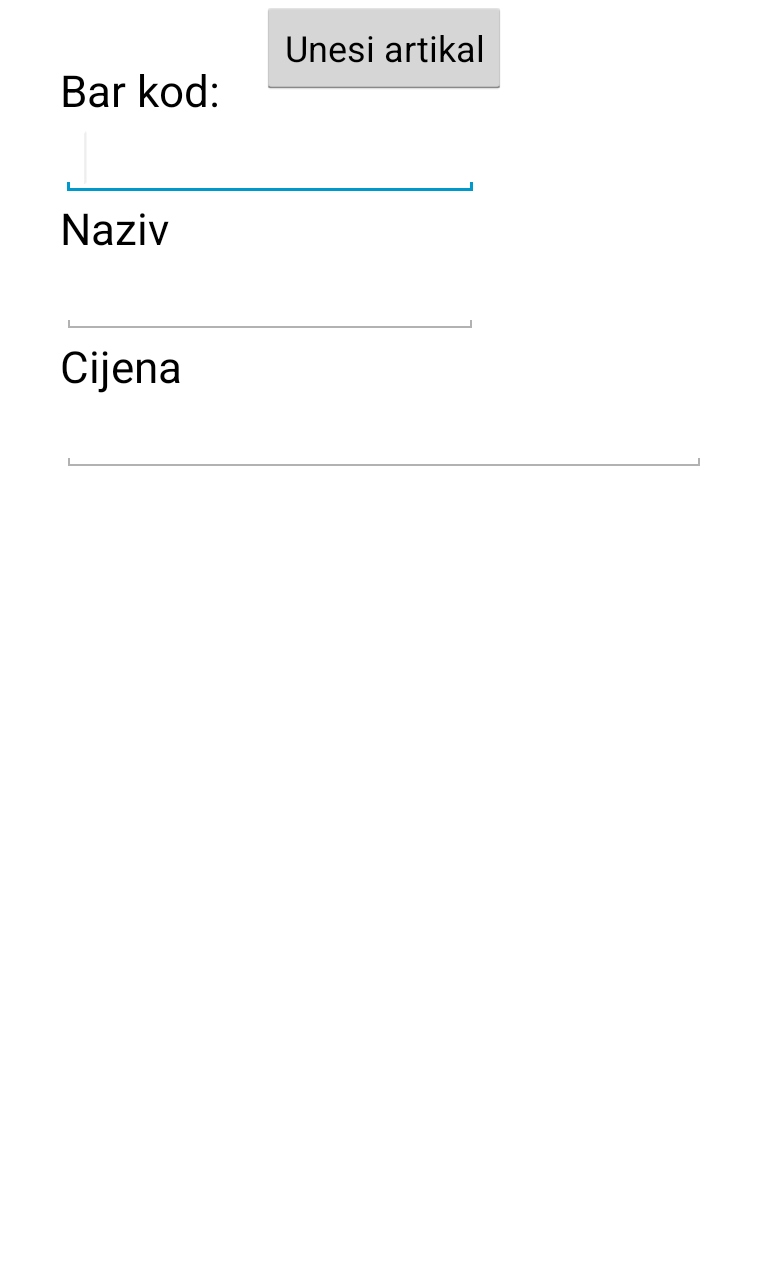
Repository: dzenisahusic/AndroidApp
Layout: Edit2014Sales/res/layout/fragment_unosartikla.xml
These files come from the project's save history. The layout is drawn as it stood at one moment and after the next save; the edit follows.
It is drawn on a 768 x 1280 px phone screen (xhdpi) without system bars, with theme AppTheme; the app's code is not run.

Above is the layout before, as saved 2014-07-15 17:26:02.

### Edit2014Sales/res/layout/fragment_unosartikla.xml
<RelativeLayout xmlns:android="http://schemas.android.com/apk/res/android"
    xmlns:tools="http://schemas.android.com/tools"
    android:layout_width="match_parent"
    android:layout_height="match_parent"
    tools:context="${relativePackage}.${activityClass}"
    >

    <LinearLayout
        android:id="@+id/linearLayout2"
        android:layout_width="fill_parent"
        android:layout_height="wrap_content"
        android:layout_alignParentLeft="true"
        android:layout_alignParentTop="true"
        android:orientation="vertical"
        android:layout_marginTop="30dip"
        android:layout_marginRight="30dip"
        android:layout_marginLeft="30dip">

        <TextView
            android:id="@+id/textView1"
            android:layout_width="wrap_content"
            android:layout_height="wrap_content"
            android:text="Bar kod:"
            android:textAppearance="?android:attr/textAppearanceLarge" />

        <EditText
            android:id="@+id/tBarkod"
            android:layout_width="wrap_content"
            android:layout_height="wrap_content"
            android:layout_weight="1"
            android:ems="10" >

            <requestFocus />
        </EditText>
    </LinearLayout>

    <LinearLayout
        android:id="@+id/linearLayout1"
        android:layout_width="fill_parent"
        android:layout_height="wrap_content"
        android:layout_alignParentLeft="true"
        android:layout_below="@+id/linearLayout2"
        android:layout_marginLeft="30dip"
        android:layout_marginRight="30dip"
        android:orientation="vertical" >

        <TextView
            android:id="@+id/textView3"
            android:layout_width="wrap_content"
            android:layout_height="wrap_content"
            android:text="Naziv"
            android:textAppearance="?android:attr/textAppearanceLarge" />

        <EditText
            android:id="@+id/tCijena"
            android:layout_width="wrap_content"
            android:layout_height="wrap_content"
            android:layout_weight="1"
            android:ems="10" />
    </LinearLayout>

    <LinearLayout
        android:id="@+id/linearLayout3"
        android:layout_width="fill_parent"
        android:layout_height="wrap_content"
        android:layout_alignParentLeft="true"
        android:layout_below="@+id/linearLayout1"
        android:orientation="vertical"
        android:layout_marginRight="30dip"
        android:layout_marginLeft="30dip" >

        <TextView
            android:id="@+id/textView2"
            android:layout_width="wrap_content"
            android:layout_height="wrap_content"
            android:text="Cijena"
            android:textAppearance="?android:attr/textAppearanceLarge" />

        <EditText
            android:id="@+id/tNaziv"
            android:layout_width="fill_parent"
            android:layout_height="wrap_content"
            android:layout_weight="1"
            android:ems="10" />
    </LinearLayout>

    <Button
        android:id="@+id/bDodaj"
        android:layout_width="wrap_content"
        android:layout_height="wrap_content"
        android:layout_centerHorizontal="true"
        android:text="Unesi artikal" />

</RelativeLayout>

### Edit2014Sales/res/values/styles.xml
<resources>

    <!--
        Base application theme, dependent on API level. This theme is replaced
        by AppBaseTheme from res/values-vXX/styles.xml on newer devices.
    -->
    <style name="AppBaseTheme" parent="android:Theme.Light">
        <!--
            Theme customizations available in newer API levels can go in
            res/values-vXX/styles.xml, while customizations related to
            backward-compatibility can go here.
        -->
    </style>

    <!-- Application theme. -->
    <style name="AppTheme" parent="AppBaseTheme">
        <!-- All customizations that are NOT specific to a particular API-level can go here. -->
    </style>
 <style name="Animations" />

    <style name="Animations.PopDownMenu" />

    <style name="Animations.PopDownMenu.Left">
        <item name="@android:windowEnterAnimation">@anim/grow_from_topleft_to_bottomright</item>
        <item name="@android:windowExitAnimation">@anim/shrink_from_bottomright_to_topleft</item>
    </style>


    <style name="Animations.PopUpMenu" />

    <style name="Animations.PopUpMenu.Left">
        <item name="@android:windowEnterAnimation">@anim/grow_from_bottomleft_to_topright</item>
        <item name="@android:windowExitAnimation">@anim/shrink_from_topright_to_bottomleft</item>
    </style>
</resources>

### Edit2014Sales/res/drawable-hdpi/rounded_corner_top.xml
<?xml version="1.0" encoding="UTF-8"?>

  <shape xmlns:android="http://schemas.android.com/apk/res/android" android:shape="rectangle">
  <corners android:radius="20dp"/>
  <solid android:color="#CCCCCC"/>
  <stroke
        android:width="3dp"
        android:color="#800000" >
    </stroke>
</shape>

Loaded but not shown: Edit2014Sales/res/values-v11/styles.xml (common file); Edit2014Sales/res/values-v14/styles.xml (common file)

After the next save:
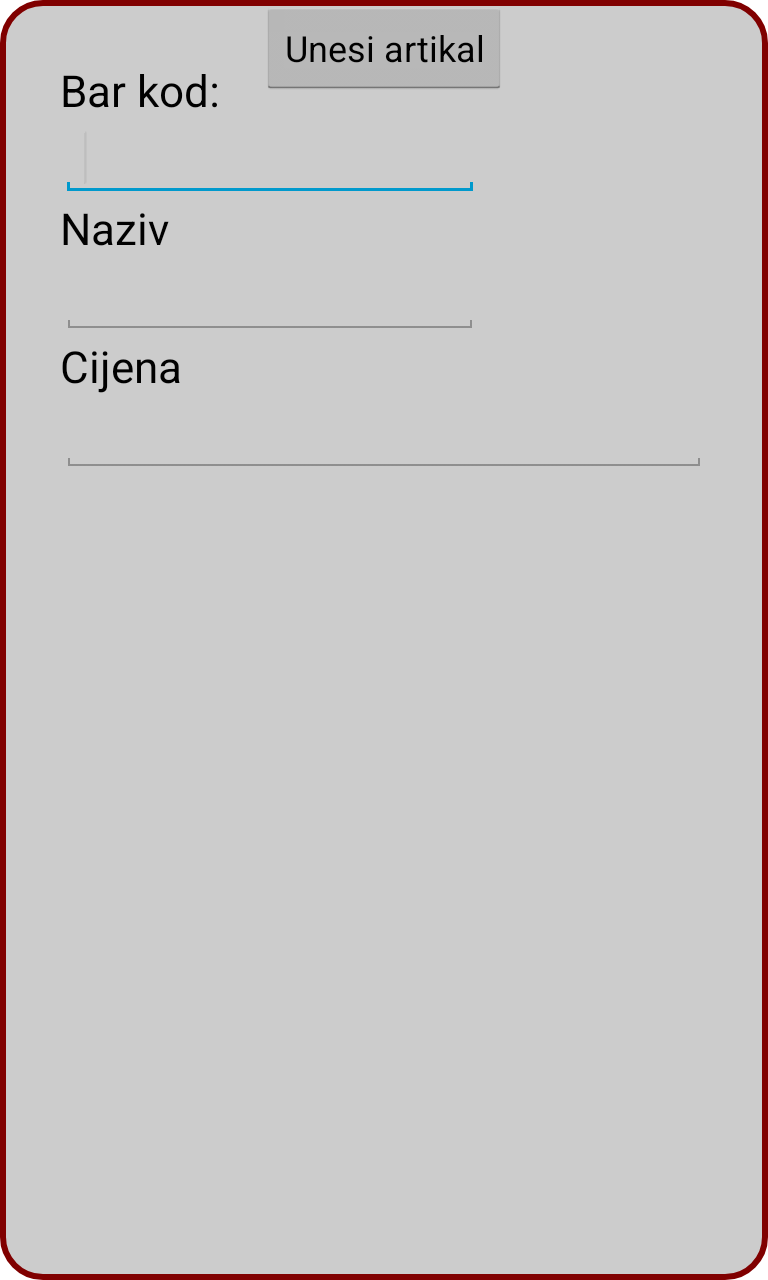
Saved 2 min 38 s later.
--- a/Edit2014Sales/res/layout/fragment_unosartikla.xml
+++ b/Edit2014Sales/res/layout/fragment_unosartikla.xml
@@ -3,6 +3,7 @@
     android:layout_width="match_parent"
     android:layout_height="match_parent"
     tools:context="${relativePackage}.${activityClass}"
+    android:background="@drawable/rounded_corner_top"
     >
 
     <LinearLayout
@@ -14,7 +15,8 @@
         android:orientation="vertical"
         android:layout_marginTop="30dip"
         android:layout_marginRight="30dip"
-        android:layout_marginLeft="30dip">
+        android:layout_marginLeft="30dip"
+        >
 
         <TextView
             android:id="@+id/textView1"
